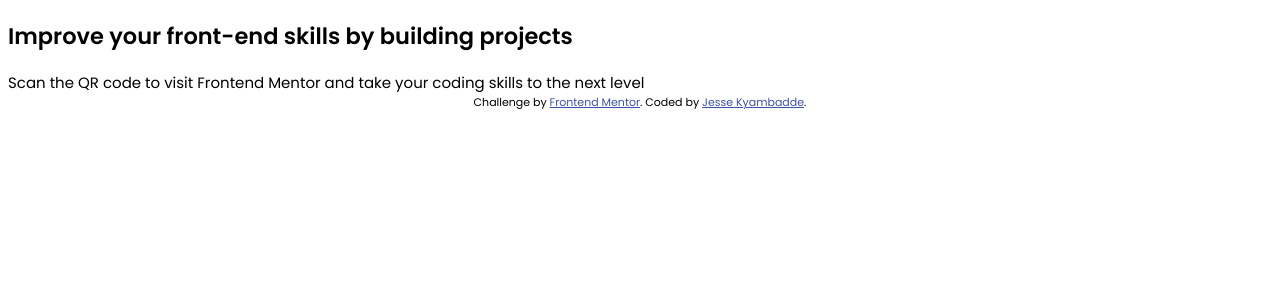
Repository: jesar-enl/qr-code-component-main-sample
Page: index.html
These files come from the project's save history. The page is drawn as it stood at one moment and after a run of saves; the edit follows.
The browser window is 1280 px wide. The pictures show the whole page.

Above is the page before, as saved 2022-03-04 08:50:54.

### index.html
<!DOCTYPE html>
<html lang="en">
<head>
  <meta charset="UTF-8">
  <meta name="viewport" content="width=device-width, initial-scale=1.0"> <!-- displays site properly based on user's device -->

  <link rel="icon" type="image/png" sizes="32x32" href="./images/favicon-32x32.png">

  <title>Frontend Mentor | QR code component</title>

  <!-- Feel free to remove these styles or customize in your own stylesheet 👍 -->
  <style>
    .attribution { font-size: 11px; text-align: center; }
    .attribution a { color: hsl(228, 45%, 44%); }
  </style>
  <link rel="stylesheet" href="style.css">
  <link href="https://fonts.googleapis.com/css2?family=Outfit:wght@400;700&family=Poppins:wght@300;400;500;600&display=swap" rel="stylesheet">
</head>
<body>
  <div class="container">
    <div class="container__image">

    </div>
    <div class="container__text">
      <h2 class="container__text-heading">Improve your front-end skills by building projects</h2>

    </div>
  </div>



  Scan the QR code to visit Frontend Mentor and take your coding skills to the next level

  <div class="attribution">
    Challenge by <a href="https://www.frontendmentor.io?ref=challenge" target="_blank">Frontend Mentor</a>.
    Coded by <a href="#">Jesse Kyambadde</a>.
  </div>
</body>
</html>

### style.css
* {
    box-sizing: border-box;
}
 body {
     font-size: 15px;
     font-family: 'Outfit', sans-serif;
     font-family: 'Poppins', sans-serif;
 }

After the next 2 saves:
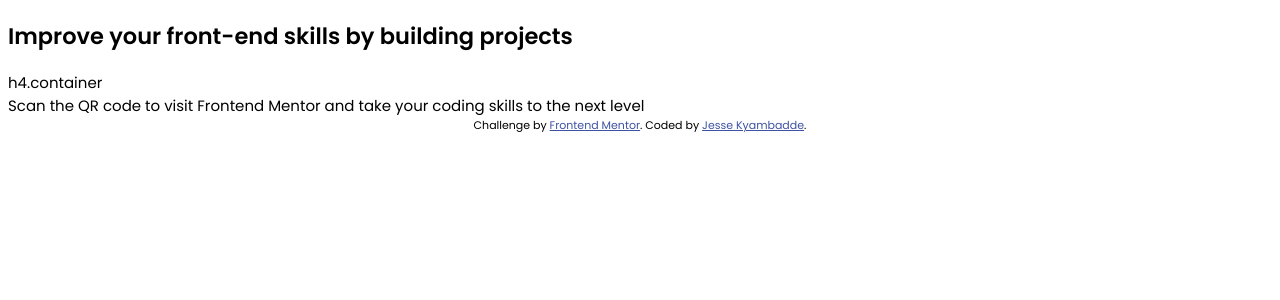
The 2 saves are shown as one change because they came seconds apart.
The last was saved 22 s later.
--- a/index.html
+++ b/index.html
@@ -23,7 +23,7 @@
     </div>
     <div class="container__text">
       <h2 class="container__text-heading">Improve your front-end skills by building projects</h2>
-
+      h4.container
     </div>
   </div>
 
